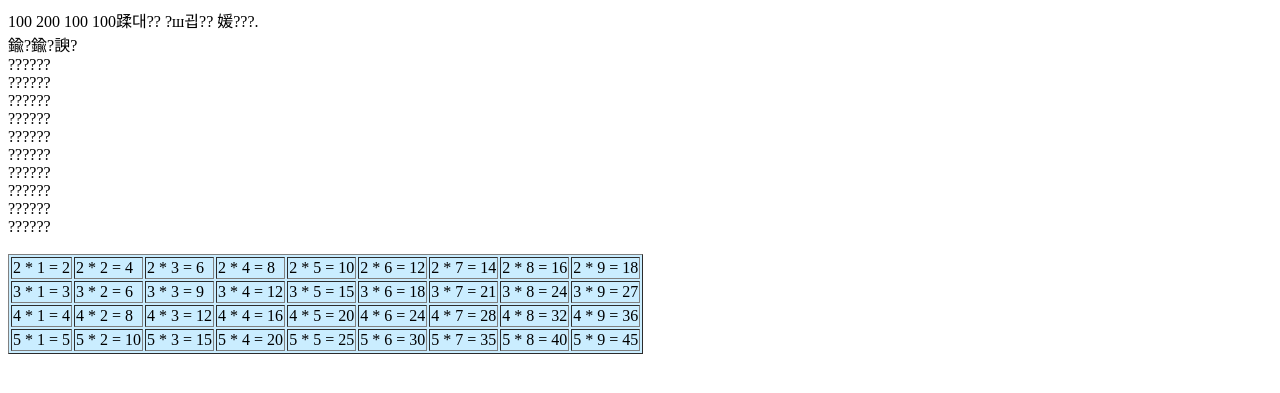
Repository: lee010207/HTML-CSS-JS
Page: http://localhost/EL_JSTL/jstlTest.jsp
An editor plug-in stored every save of this project. The page is shown before and after the next save, followed by the edit.
The browser window is 1280 px wide. The pictures show the whole page.
The page is served by Tomcat 9. Other server files are loaded and not shown.

Above is the page before, as saved 2023-09-01 03:38:18.

### 04. Server/EL_JSTL/src/main/webapp/jstlTest.jsp
<%@ page language="java" contentType="text/html; charset=EUC-KR"
    pageEncoding="EUC-KR"%>

<!--  JSTL을 사용하기 위한 Tag Library 추가 -->
<!-- 추가로 jstl lib 프로젝트에 추가 (prefix(접두어)를 c로 설정) -->
<%@ taglib prefix="c" uri="http://java.sun.com/jsp/jstl/core"%>
<!DOCTYPE html>
<html>
<head>
<meta charset="EUC-KR">
<title>Insert title here</title>
</head>
<body>
	<!--
		JSTL 사용하기(EL이랑 함께 주로 쓰임)
		- 여는태그, 닫는태그 사이에 아무 내용(컨턴츠)이 안들어가기 떄문에 홀태그로도 사용 가능
		- 특정 영역에 저장하려면 Scope 속성 활용

	-->

	<!-- page영역에 값 넣기(JSTL)
		 - c:set은 기본적으로 page영역에 저장됨
	-->
	<c:set var="num" value="100" />
	<c:set var="num" scope="session" value="200" />
	${num}
	${sessionScope.num }

	<!-- EL = c:out : 값을 밖으로 출력해주는 역할 -->
	<c:out value="${num}"/>

	<!-- JSTL을 활용한 조건문 -->
	<c:if test="${num >= 100}">
		100보다 크거나 같음.
	</c:if>
	<c:if test="${num < 100 }">
		100보다 작음.
	</c:if>

	<br>

	<!-- 다중if문(like switch) -->
	<c:set var="time" value="점심"/>

	<c:choose>
		<c:when test="${time == '아침' }">
			토스트
		</c:when>
		<c:when test="${time == '점심' }">
			비빔밥
		</c:when>
		<c:when test="${time == '저녁' }">
			족발
		</c:when>
		<c:otherwise>
			라면
		</c:otherwise>
	</c:choose>

	<br>

	<!-- JSTL 반복문
	i는 pageContext 안에 저장됨
	-->
	<c:forEach var="i" begin="1" end="30" step="3">
		☆☆☆<br>

	</c:forEach>

	<br>

	<table border="1px" bgcolor="#CAEDFF">
	<c:forEach var="num1" begin="2" end="5" step="1">
		<tr>
		<c:forEach var="i" begin="1" end="9" step="1">
				<td>${num1 } * ${i } = ${num1*i }</td>
		</c:forEach>
		</tr>
	</c:forEach>

	</table>

</body>
</html>

After the next save:
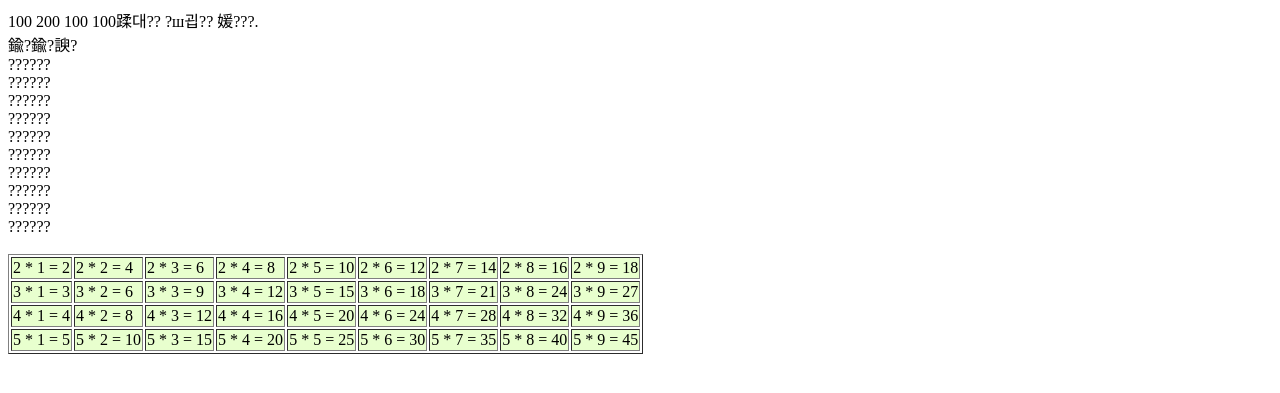
Saved 70 s later.
--- a/04. Server/EL_JSTL/src/main/webapp/jstlTest.jsp
+++ b/04. Server/EL_JSTL/src/main/webapp/jstlTest.jsp
@@ -69,11 +69,11 @@
 
 	<br>
 
-	<table border="1px" bgcolor="#CAEDFF">
+	<table border="1px">
 	<c:forEach var="num1" begin="2" end="5" step="1">
 		<tr>
 		<c:forEach var="i" begin="1" end="9" step="1">
-				<td>${num1 } * ${i } = ${num1*i }</td>
+				<td bgcolor="#E8FFCE">${num1 } * ${i } = ${num1*i }</td>
 		</c:forEach>
 		</tr>
 	</c:forEach>
